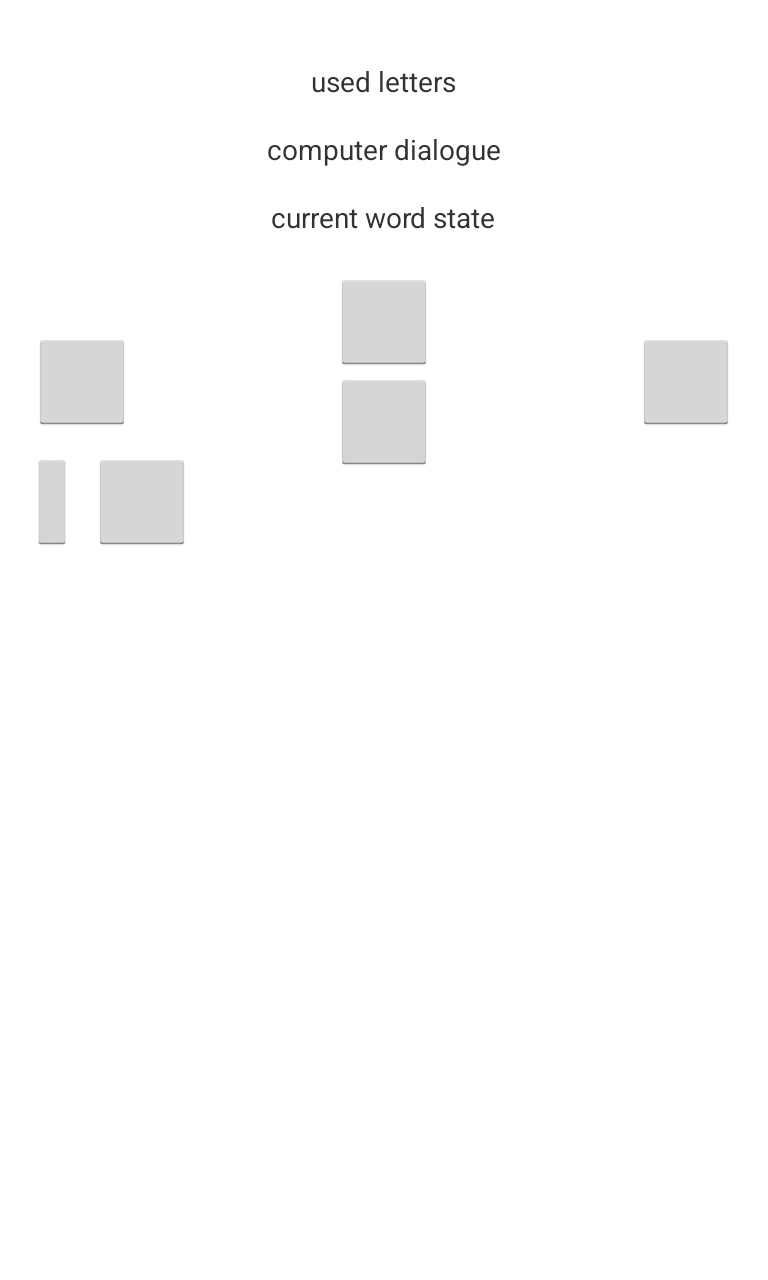
Repository: svandenhout/EvilSpaceMonsterHangman
Layout: evilSpaceMonsterHangman/res/layout/activity_main.xml
The author's editor kept a copy of each file at every save. The layout is drawn from the files as they stood at one save, then again after the next save.
It is drawn on a 768 x 1280 px phone screen (xhdpi) without system bars, with theme AppTheme; the app's code is not run.

Above is the layout before, as saved 2013-12-16 13:27:17.

After the next save:
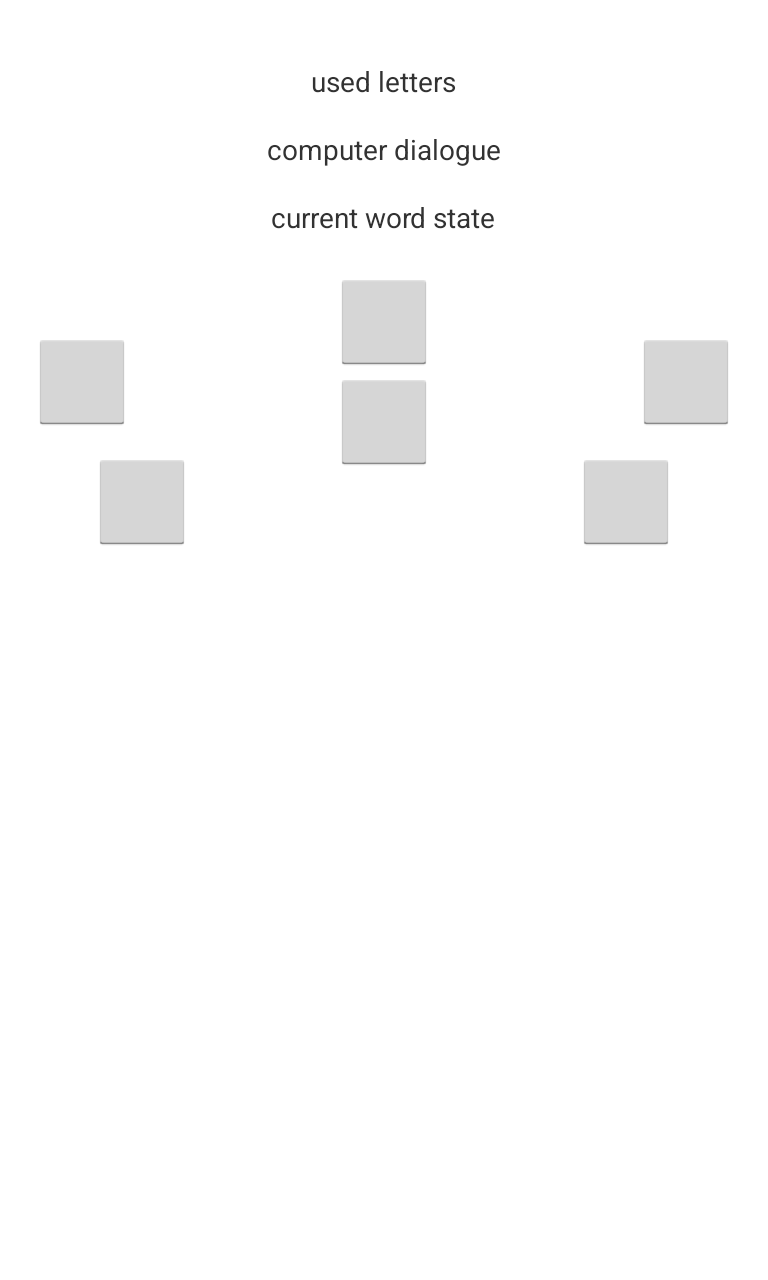
Saved 21 s later.
--- a/evilSpaceMonsterHangman/res/layout/activity_main.xml
+++ b/evilSpaceMonsterHangman/res/layout/activity_main.xml
@@ -73,8 +73,8 @@
         android:id="@+id/eye_1"
         android:layout_width="50dp"
         android:layout_height="50dp"
-        android:layout_alignRight="@+id/eye_6"
-        android:layout_below="@+id/eye_6"
+        android:layout_alignRight="@+id/eye_2"
+        android:layout_below="@+id/eye_2"
         android:layout_marginRight="30dp"
         android:layout_marginTop="10dp"
         android:onClick="eyePress" />
